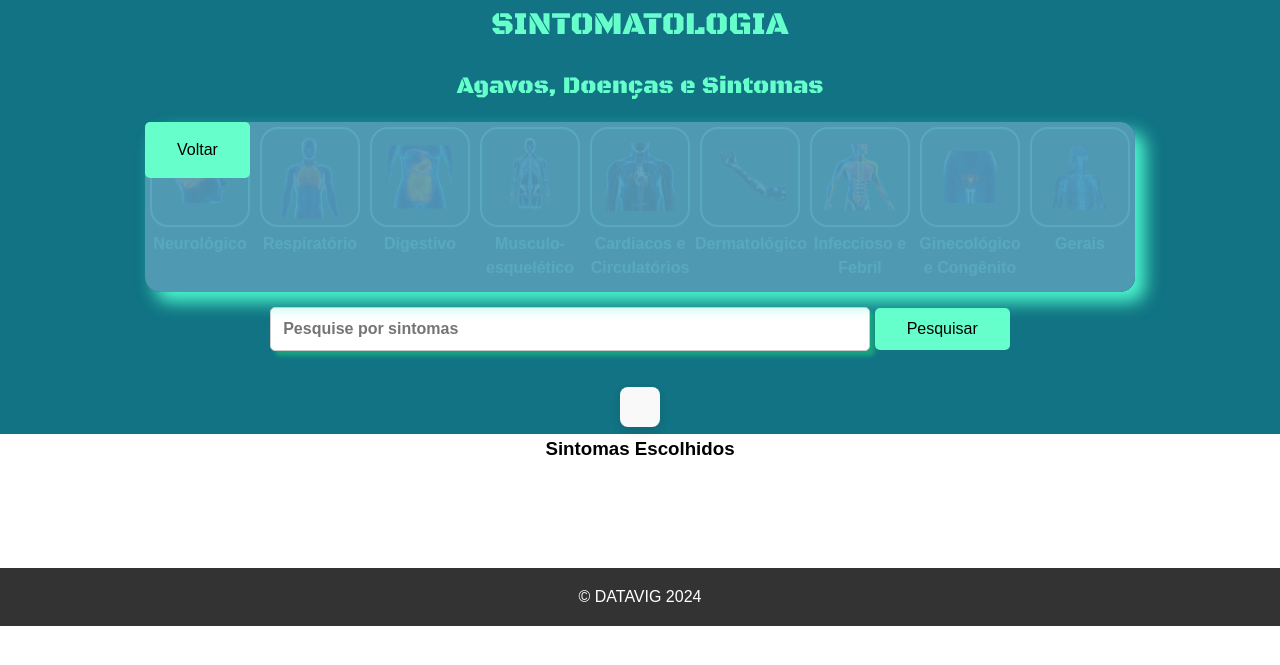
Repository: br-on/vigia
Page: index.html
An editor plug-in stored every save of this project. The page is shown before and after the next save, followed by the edit.
The browser window is 1280 px wide. The pictures show the whole page.
Some web fonts or font styles are not loaded; a fallback is used.

Above is the page before, as saved 2024-09-16 21:31:26.

After the next save:
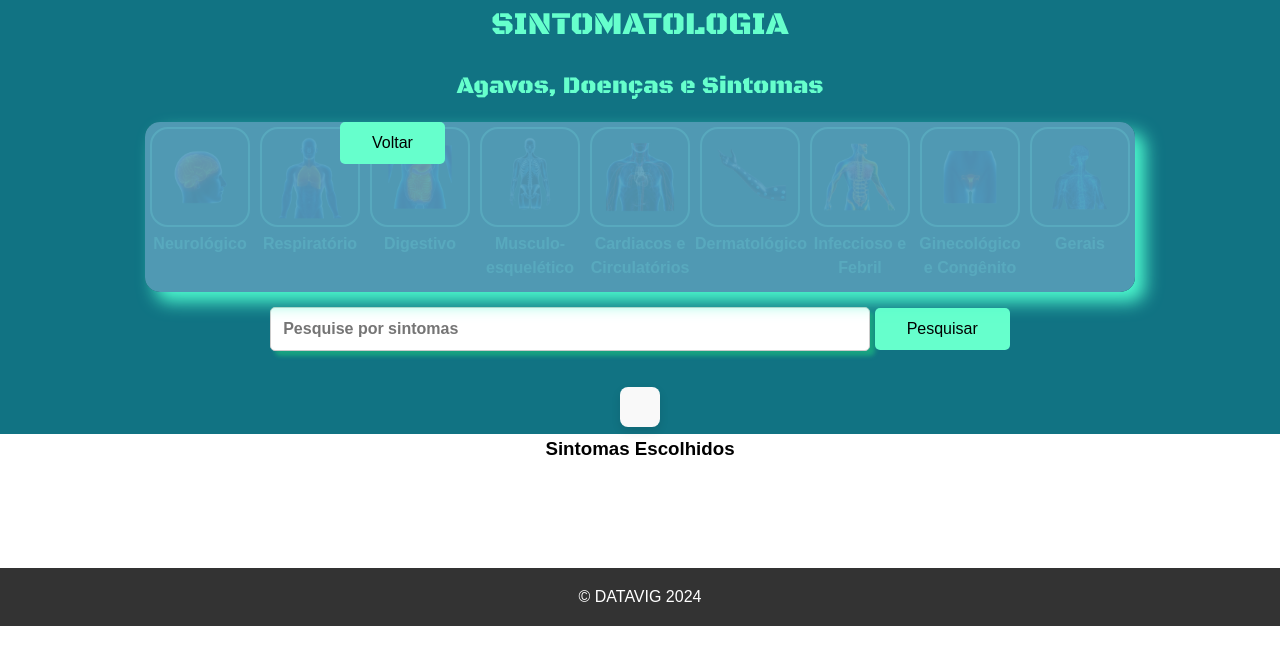
Saved 20 s later.
--- a/assets/style/style.css
+++ b/assets/style/style.css
@@ -367,8 +367,7 @@ footer {
 }
 
 .top-overlay-div .top-1 {
-    display: flex;
-    justify-content: flex-start;
+
     width: 50%;
 }
 
